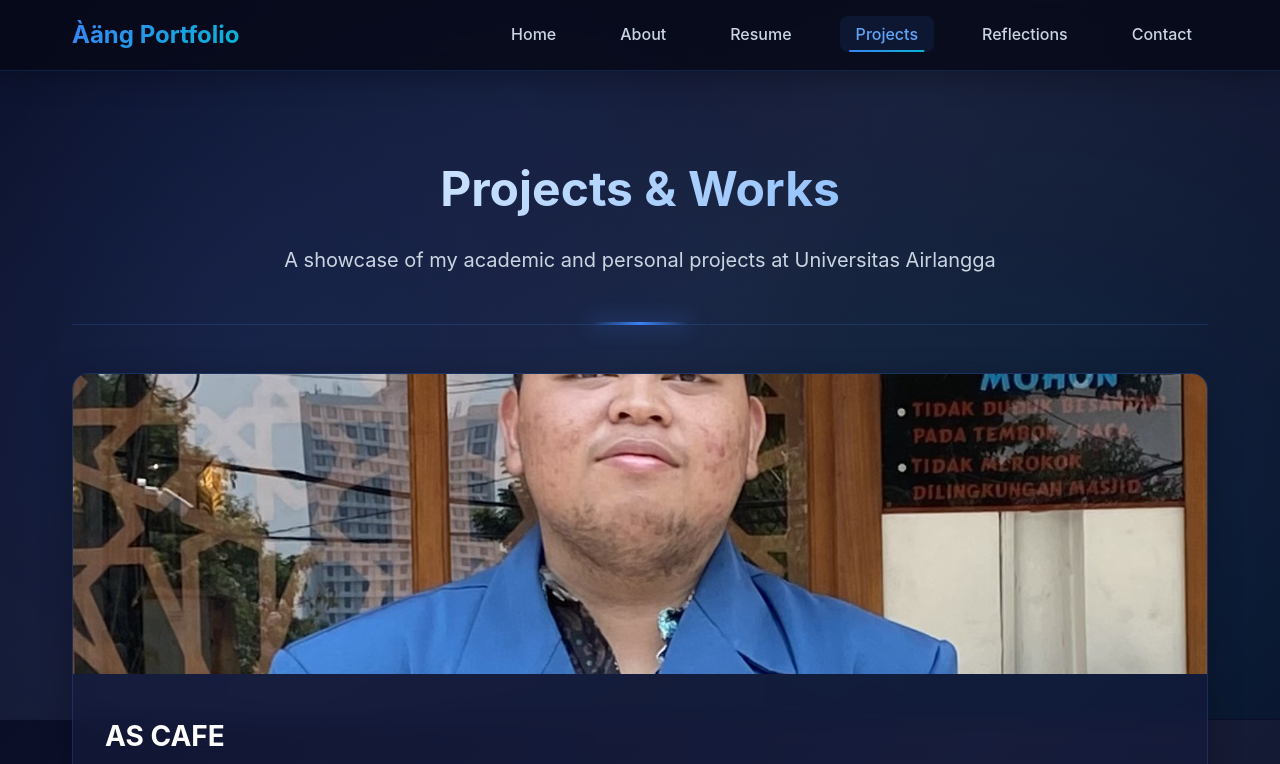
Repository: Anggaaa2006/Portofolio
Page: projects.html
These files come from the project's save history. The page is drawn as it stood at one moment and after the next save; the edit follows.
The browser window is 1280 px wide. The pictures show the part of the page from y = 0 to 764 px (the page is 3872 px tall before and 3590 px after).
Pictures or frames that could not be fetched are drawn as grey boxes. Backgrounds fixed to the window are drawn as part of the page.

Above is the page before, as saved 2025-10-06 18:38:39.

After the next save:
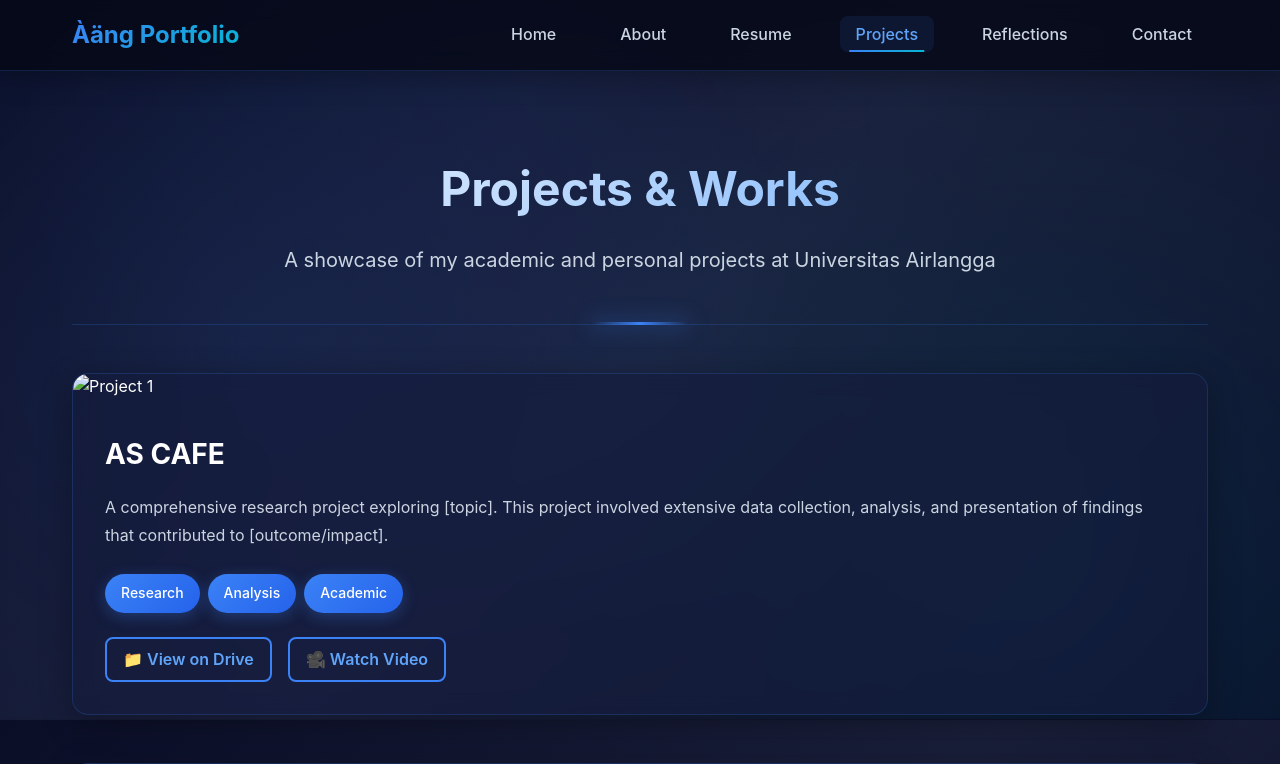
Not found: images/p.jpg
Saved 4 s later.
--- a/projects.html
+++ b/projects.html
@@ -36,7 +36,7 @@
             <!-- Project 1 -->
             <article class="project-card">
                 <div class="project-image">
-                    <img src="images/profile.jpg" alt="Project 1">
+                    <img src="images/p.jpg" alt="Project 1">
                 </div>
                 <div class="project-content">
                     <h3>AS CAFE </h3>

After the 4 saves that followed:
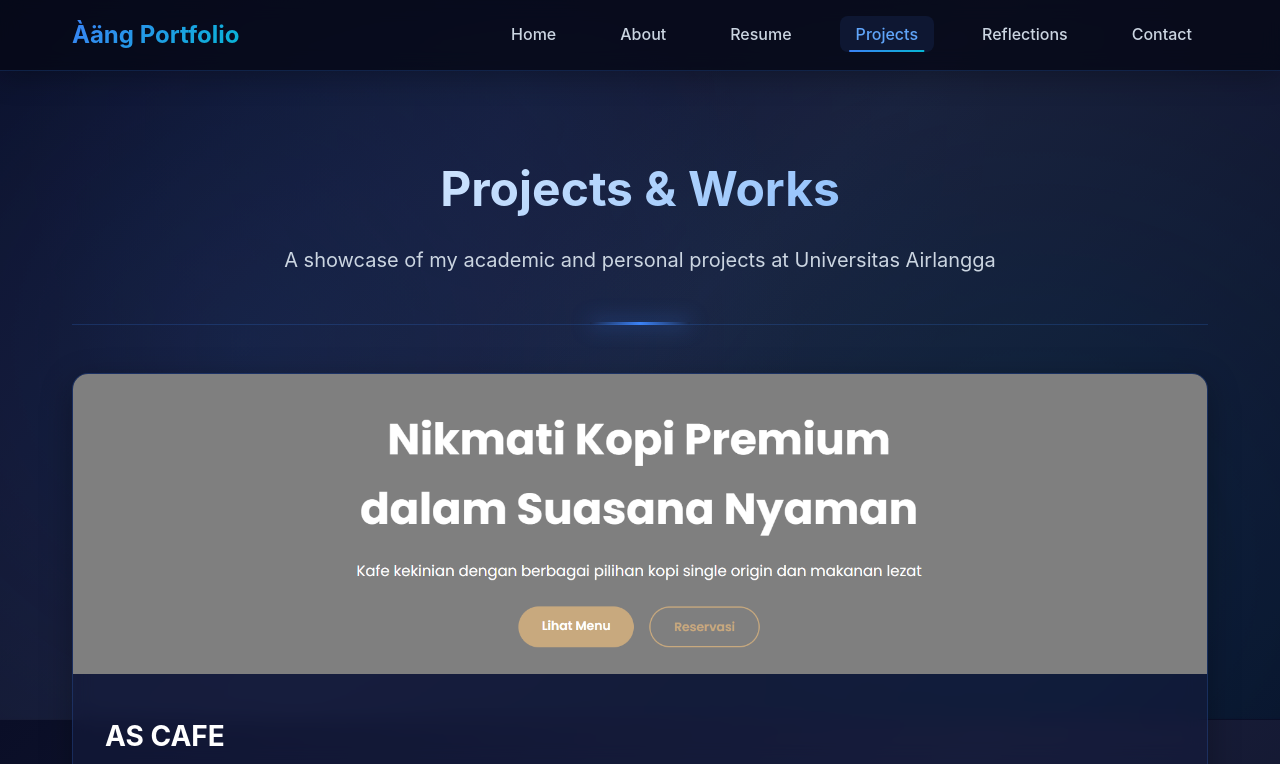
The 4 saves are shown as one change because 1 left the picture as it was and some came seconds apart.
The last was saved 30 s later.
--- a/projects.html
+++ b/projects.html
@@ -36,7 +36,7 @@
             <!-- Project 1 -->
             <article class="project-card">
                 <div class="project-image">
-                    <img src="images/p.jpg" alt="Project 1">
+                    <img src="images/project 1.png" alt="Project 1">
                 </div>
                 <div class="project-content">
                     <h3>AS CAFE </h3>
